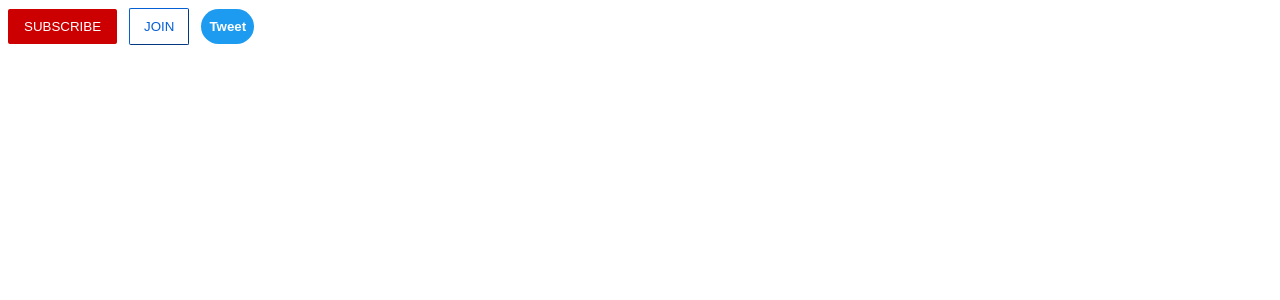
Repository: Kurumilli/Youtube
Page: buttons.html
The author's editor kept a copy of each file at every save. The page is drawn from the files as they stood at one save, then again after the next save.
The browser window is 1280 px wide. The pictures show the whole page.

Above is the page before, as saved 2025-01-25 20:25:24.

### buttons.html
<html>
<body>
<style>
.subscribe{
    background-color: rgb(204, 0, 0);
    border:none;
    color: white;
    border-radius: 2px;
    cursor: pointer;
    padding-top: 10px;
    padding-bottom: 10px;
    padding-right: 16px;
    padding-left: 16px;
    transition:opacity 0.15s;
}
    .subscribe:hover{
        opacity: 0.8;
    }

    .subscribe:active{
        opacity: 0.4;
    }

.join{
background-color: white;
color: rgb(6, 95, 212);
border-width: 1px;
border-color:rgb(6, 95, 212);
border-radius: 2px;
cursor: pointer;
margin-left: 8px;
padding-top: 10px;
padding-bottom: 10px;
padding-right: 14px;
padding-left: 14px;
transition:background-color 0.15s, color 1s;
}

    .join:hover{
        background-color:rgb(6, 95, 212) ;
        color: white;
    }

    .join:active{
        opacity: 0.5;
    }

.tweet{
    background-color: rgb(29, 155, 240);
    border: none;
    color: white;
    border-radius: 18px;
    font-weight: bold;
    margin-left: 8px;
    padding-top: 10px;
    padding-bottom: 10px;
    padding-left: 8px;
    padding-right: 8px;
    transition: box-shadow 0.15s;
    }

    .tweet:hover{
        box-shadow:5px 5px 10px rgb(0,0,0, 0.15);
    }
</style>

<button class="subscribe">
    SUBSCRIBE
</button>

<button class="join">
    JOIN
</button>

<button class="tweet">
    Tweet
</button>




</body>
</html>

After the next save:
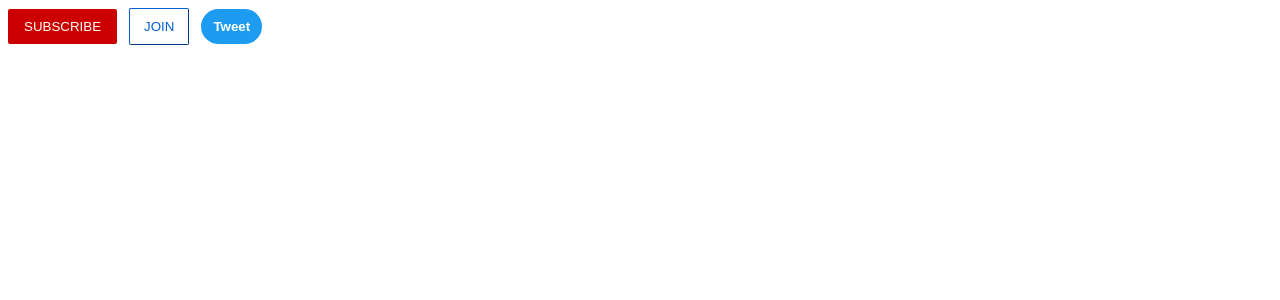
Saved 14 s later.
--- a/buttons.html
+++ b/buttons.html
@@ -54,8 +54,8 @@ transition:background-color 0.15s, color 1s;
     margin-left: 8px;
     padding-top: 10px;
     padding-bottom: 10px;
-    padding-left: 8px;
-    padding-right: 8px;
+    padding-left: 12px;
+    padding-right:12px;
     transition: box-shadow 0.15s;
     }
 
